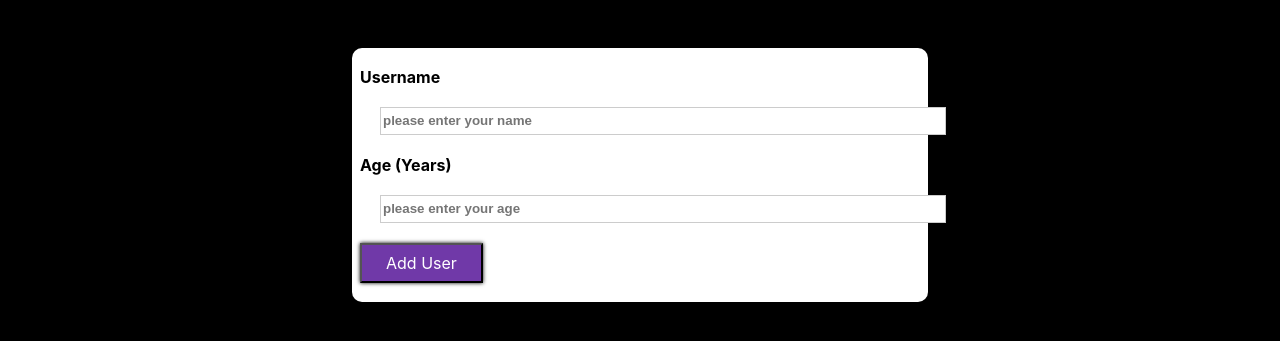
Repository: NamalPathirana/section-eight
Page: /
The author's editor kept a copy of each file at every save. The page is drawn from the files as they stood at one save, then again after the next save.
The browser window is 1280 px wide. The pictures show the whole page.
The project was rebuilt for these pictures with package versions that can differ from the ones it lists, and the page was loaded fresh each time.

Above is the page before, as saved 2021-11-26 02:52:55.

After the next save:
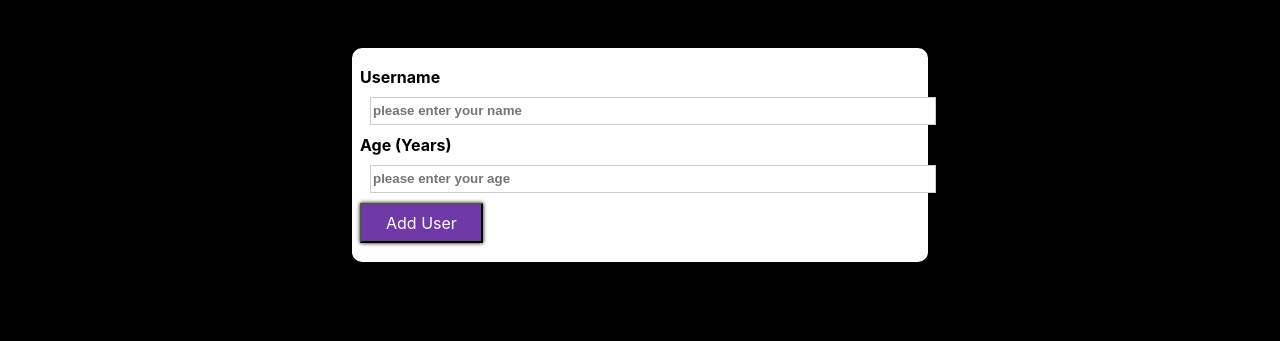
Saved 7 s later.
--- a/src/Components/UserInput/UserInput.module.css
+++ b/src/Components/UserInput/UserInput.module.css
@@ -16,7 +16,7 @@
     line-height: 1.5rem;
     padding: 100 0.25rm;
     width: 100%;
-    margin: 20px;
+    margin: 10px;
 }
 
 .frame label{
